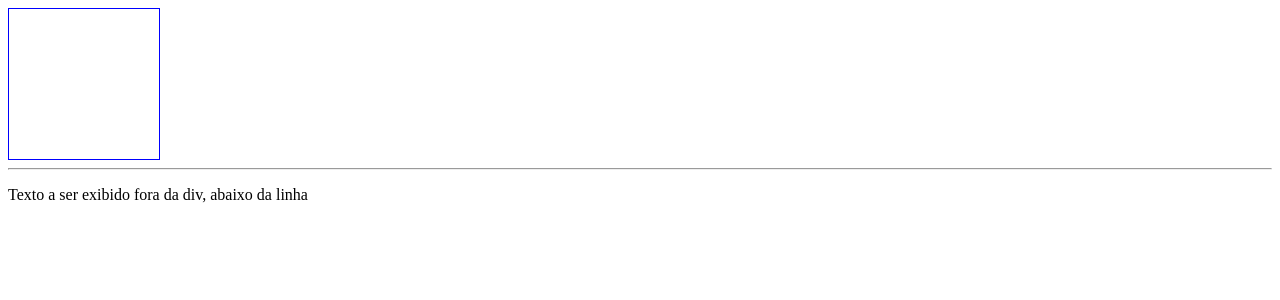
Repository: NicholasMaestrello/treinamento-impacta
Page: DesenvolvimentoJava/Modulo06/01_ConceitosHTMLCSS/WebContent/exemplo_float.html
The author's editor kept a copy of each file at every save. The page is drawn from the files as they stood at one save, then again after the next save.
The browser window is 1280 px wide. The pictures show the whole page.

Above is the page before, as saved 2017-10-18 16:36:20.

After the next save:
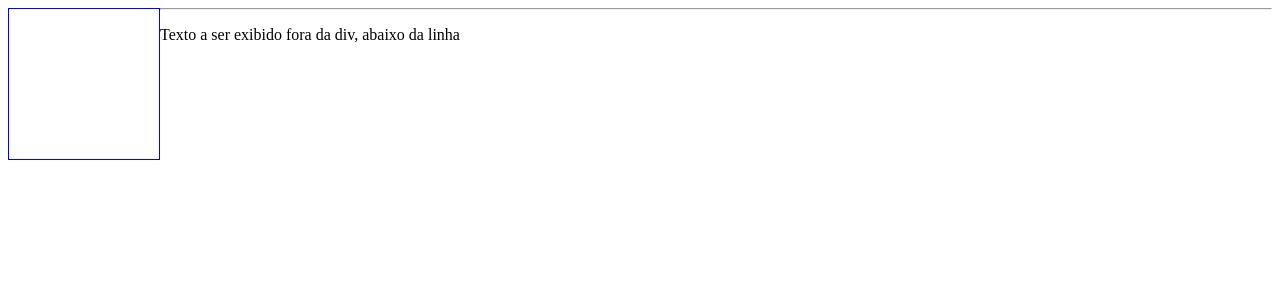
Saved 110 s later.
--- a/DesenvolvimentoJava/Modulo06/01_ConceitosHTMLCSS/WebContent/exemplo_float.html
+++ b/DesenvolvimentoJava/Modulo06/01_ConceitosHTMLCSS/WebContent/exemplo_float.html
@@ -9,6 +9,7 @@
 		border: 1px solid blue;
 		width: 150px;
 		height: 150px;
+		float: left;
 	}
 </style>
 
